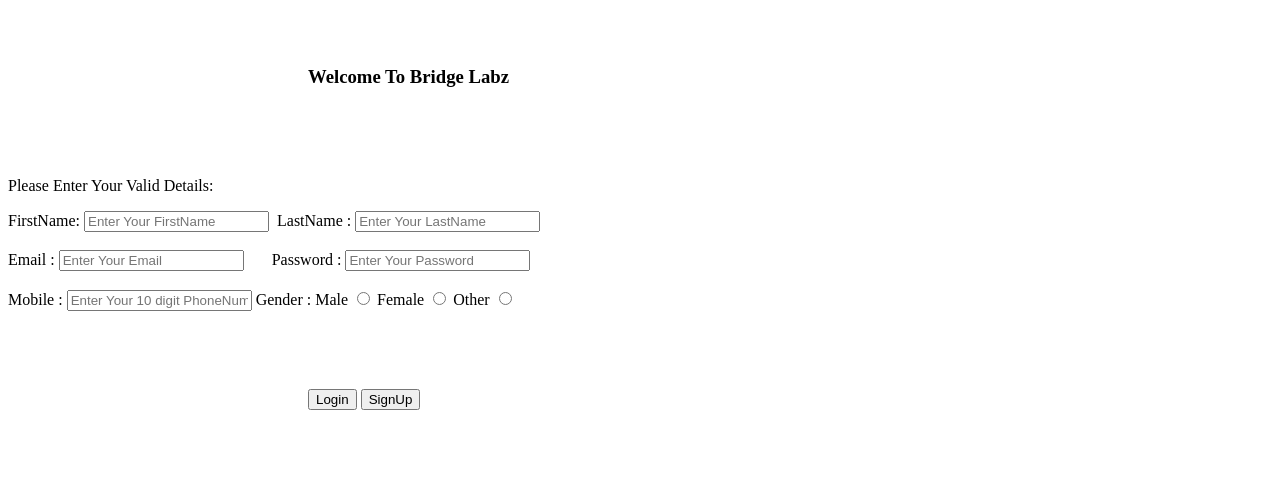
Repository: msibgathulla9980/Servlet
Page: LoginRegistrationApp/WebContent/Registration.html
These files come from the project's save history. The page is drawn as it stood at one moment and after the next save; the edit follows.
The browser window is 1280 px wide. The pictures show the whole page.

Above is the page before, as saved 2019-01-22 12:27:48.

After the next save:
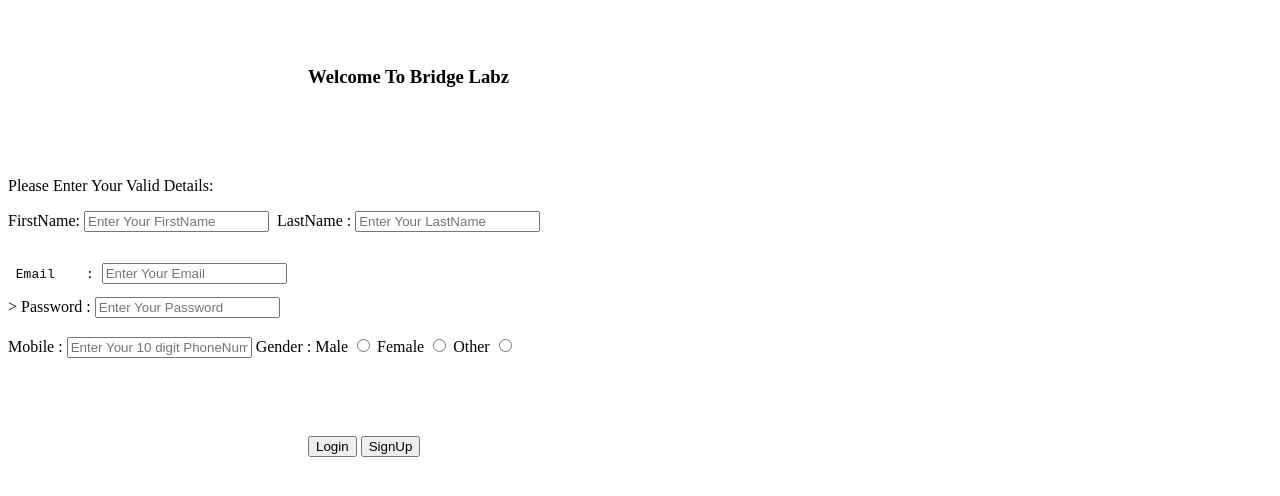
Saved 44 s later.
--- a/LoginRegistrationApp/WebContent/Registration.html
+++ b/LoginRegistrationApp/WebContent/Registration.html
@@ -8,7 +8,7 @@
 <form action="Register" method="post">
 FirstName: <input type="text" name="firstName" placeholder="Enter Your FirstName" />&nbsp
 LastName : <input type="text" name="lastName" placeholder="Enter Your LastName" /><br><br>
-Email    : <input type="email" name="email" placeholder="Enter Your Email" />&nbsp&nbsp&nbsp&nbsp&nbsp&nbsp
+<pre> Email    : <input type="email" name="email" placeholder="Enter Your Email" /></pre>>
 Password : <input type="password" name="password" placeholder="Enter Your Password" /><br><br>
 Mobile   : <input type="text" name="phoneNumber" placeholder="Enter Your 10 digit PhoneNumber" />
 Gender   :
